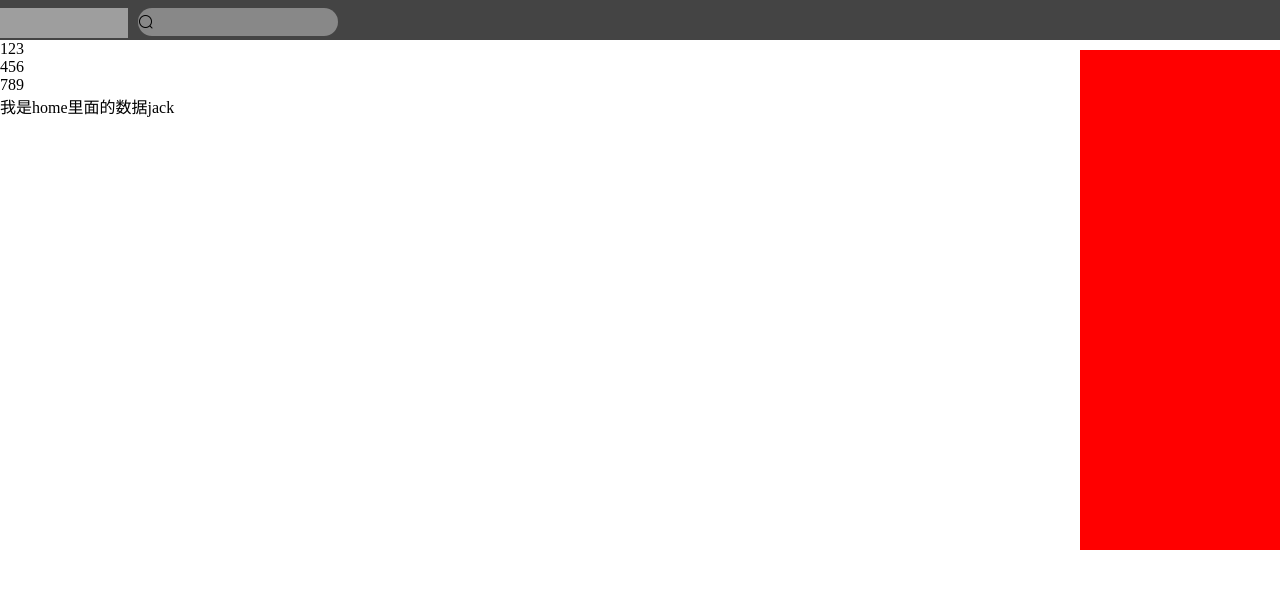
Repository: jinggegeZ/cnode
Page: /
The author's editor kept a copy of each file at every save. The page is drawn from the files as they stood at one save, then again after the next save.
The browser window is 1280 px wide. The pictures show the whole page.
Pictures or frames that could not be fetched are drawn as grey boxes. The project was rebuilt for these pictures with package versions that can differ from the ones it lists, and the page was loaded fresh each time.

Above is the page before, as saved 2020-06-05 12:32:37.

After the next save:
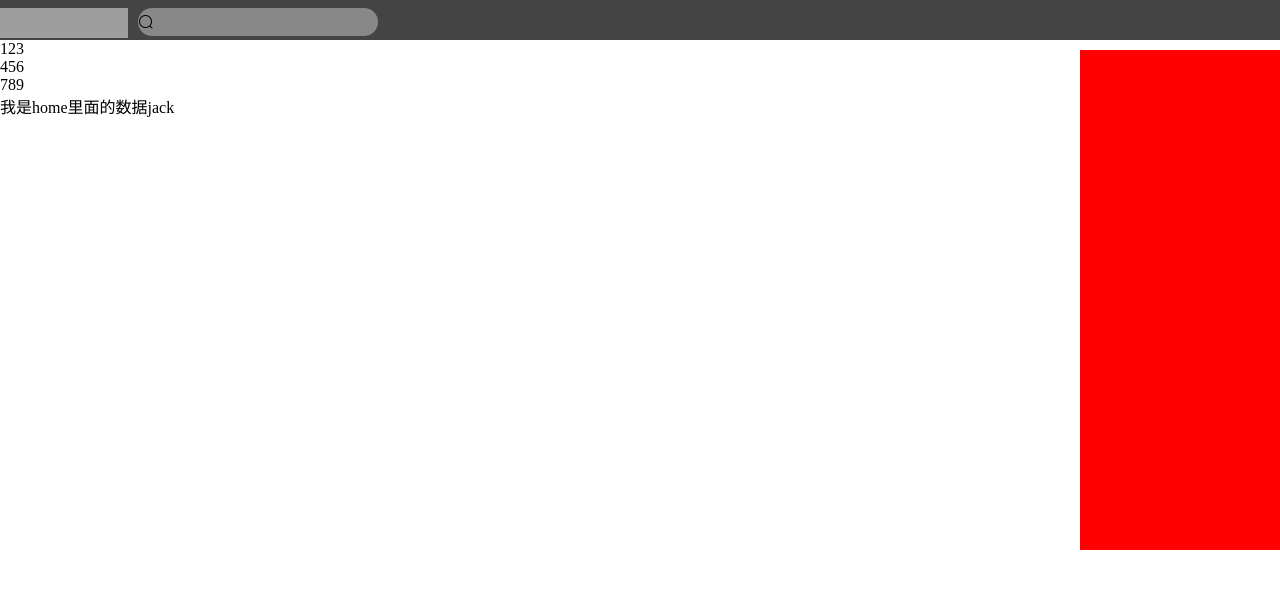
Saved 18 s later.
--- a/src/components/top/top.vue
+++ b/src/components/top/top.vue
@@ -53,7 +53,7 @@ export default {
   display: flex;
 }
 .ipt {
-  width: 200px;
+  width: 240px;
   height: 28px;
   border-radius: 50px !important;
   overflow: hidden;
